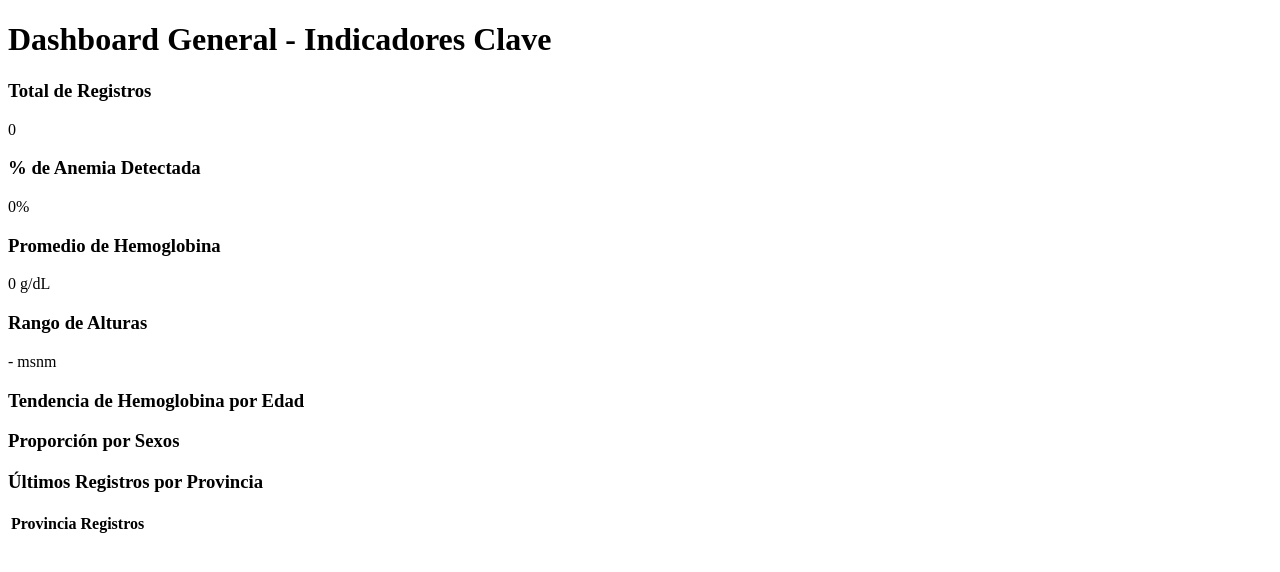
Repository: jayler10/datos_salud_peru
Page: http://localhost/mejorado/views/dashboard.php
The author's editor kept a copy of each file at every save. The page is drawn from the files as they stood at one save, then again after the next save.
The browser window is 1280 px wide. The pictures show the whole page.
The page is run by PHP 8.4 with error messages shown; the project is at /var/www/html/. Queries for data that is not in the repository find no rows.

Above is the page before, as saved 2025-05-27 23:38:19.

### mejorado/views/dashboard.php
<?php
require_once '../controllers/StatsController.php';

// Conexión a la base de datos (ajustar según tu configuración)
$mysql = new mysqli("localhost", "usuario", "password", "base_datos");

if ($mysql->connect_error) {
    die("Error de conexión: " . $mysql->connect_error);
}

$dashboard = new StatsController($mysql);

// Obtener datos para el dashboard
$totalRegistros = $dashboard->getTotalRegistros();
$porcentajeAnemia = $dashboard->getPorcentajeAnemia();
$promedioHemoglobina = $dashboard->getPromedioHemoglobina();
$rangoAlturas = $dashboard->getRangoAlturas();
$tendenciaHemoglobina = $dashboard->getTendenciaHemoglobinaPorEdad();
$proporcionSexos = $dashboard->getProporcionSexos();
$ultimosRegistros = $dashboard->getUltimosRegistrosPorProvincia();
$relacionAnemia = $dashboard->getRelacionAnemiaHemoglobina();

?>

<!DOCTYPE html>
<html>
<head>
    <title>Dashboard - Análisis de Anemia</title>
</head>
<body>
    <h1>Dashboard General - Indicadores Clave</h1>

    <div class="kpis">
        <div class="kpi-card">
            <h3>Total de Registros</h3>
            <p><?php echo number_format($totalRegistros); ?></p>
        </div>

        <div class="kpi-card">
            <h3>% de Anemia Detectada</h3>
            <p><?php echo $porcentajeAnemia; ?>%</p>
        </div>

        <div class="kpi-card">
            <h3>Promedio de Hemoglobina</h3>
            <p><?php echo $promedioHemoglobina; ?> g/dL</p>
        </div>

        <div class="kpi-card">
            <h3>Rango de Alturas</h3>
            <p><?php echo $rangoAlturas['minimo']; ?> - <?php echo $rangoAlturas['maximo']; ?> msnm</p>
        </div>
    </div>

    <div class="charts">
        <h3>Tendencia de Hemoglobina por Edad</h3>
        <div id="tendenciaChart"></div>

        <h3>Proporción por Sexos</h3>
        <div id="sexosChart"></div>

        <h3>Últimos Registros por Provincia</h3>
        <table>
            <tr><th>Provincia</th><th>Registros</th></tr>
            <?php foreach($ultimosRegistros as $registro): ?>
            <tr>
                <td><?php echo $registro['provincia']; ?></td>
                <td><?php echo $registro['registros']; ?></td>
            </tr>
            <?php endforeach; ?>
        </table>
    </div>

    <script>
        // Datos para gráficos
        const tendenciaData = <?php echo json_encode($tendenciaHemoglobina); ?>;
        const sexosData = <?php echo json_encode($proporcionSexos); ?>;

        // Aquí irían los scripts para generar los gráficos con Chart.js o similar
    </script>
</body>
</html>

### mejorado/controllers/StatsController.php
<?php
// controllers/StatsController.php - Controlador principal para estadísticas

class StatsController {
    private $mysqli;

    public function __construct($mysqli) {
        $this->mysqli = $mysqli;
    }

    /**
     * Obtener total de registros
     */
    public function getTotalRecords() {
        $result = $this->mysqli->query("SELECT COUNT(*) as total FROM datos_salud");
        return $result->fetch_assoc()['total'];
    }

    /**
     * Estadísticas por sexo
     */
    public function getGenderStats() {
        $query = "
            SELECT
                sexo,
                COUNT(*) as cantidad,
                ROUND(COUNT(*) * 100.0 / (SELECT COUNT(*) FROM datos_salud), 2) as porcentaje
            FROM datos_salud
            GROUP BY sexo
            ORDER BY cantidad DESC
        ";
        return $this->mysqli->query($query);
    }

    /**
     * Estadísticas por departamento
     */
    public function getDepartmentStats() {
        $query = "
            SELECT
                departamento,
                COUNT(*) as cantidad,
                ROUND(COUNT(*) * 100.0 / (SELECT COUNT(*) FROM datos_salud), 2) as porcentaje
            FROM datos_salud
            GROUP BY departamento
            ORDER BY cantidad DESC
        ";
        return $this->mysqli->query($query);
    }

     // =============== DASHBOARD GENERAL ===============

    public function getTotalRegistros() {
        $query = "SELECT COUNT(*) as total FROM datos_salud";
        $result = $this->mysqli->query($query);
        return $result->fetch_assoc()['total'];
    }

    public function getPorcentajeAnemia() {
        $query = "SELECT
                    COUNT(*) as total,
                    SUM(CASE WHEN dx_anemia IS NOT NULL AND dx_anemia != '' THEN 1 ELSE 0 END) as con_anemia
                  FROM datos_salud";
        $result = $this->mysqli->query($query);
        $data = $result->fetch_assoc();
        return $data['total'] > 0 ? round(($data['con_anemia'] / $data['total']) * 100, 2) : 0;
    }

    public function getPromedioHemoglobina() {
        $query = "SELECT AVG(hemoglobina) as promedio FROM datos_salud WHERE hemoglobina IS NOT NULL";
        $result = $this->mysqli->query($query);
        return round($result->fetch_assoc()['promedio'], 2);
    }

    public function getRangoAlturas() {
        $query = "SELECT MIN(altura_msnm) as minimo, MAX(altura_msnm) as maximo FROM datos_salud WHERE altura_msnm IS NOT NULL";
        $result = $this->mysqli->query($query);
        return $result->fetch_assoc();
    }

    public function getTendenciaHemoglobinaPorEdad() {
        $query = "SELECT
                    YEAR(CURDATE()) - YEAR(fecha_nacimiento) as edad,
                    AVG(hemoglobina) as promedio_hb
                  FROM datos_salud
                  WHERE fecha_nacimiento IS NOT NULL AND hemoglobina IS NOT NULL
                  GROUP BY YEAR(CURDATE()) - YEAR(fecha_nacimiento)
                  ORDER BY edad";
        $result = $this->mysqli->query($query);
        return $result->fetch_all(MYSQLI_ASSOC);
    }

    public function getProporcionSexos() {
        $query = "SELECT sexo, COUNT(*) as cantidad FROM datos_salud GROUP BY sexo";
        $result = $this->mysqli->query($query);
        return $result->fetch_all(MYSQLI_ASSOC);
    }

    public function getUltimosRegistrosPorProvincia() {
        $query = "SELECT provincia, COUNT(*) as registros FROM datos_salud GROUP BY provincia ORDER BY registros DESC LIMIT 10";
        $result = $this->mysqli->query($query);
        return $result->fetch_all(MYSQLI_ASSOC);
    }

    public function getRelacionAnemiaHemoglobina() {
        $query = "SELECT
                    CASE
                        WHEN hemoglobina >= 12 THEN 'Normal'
                        WHEN hemoglobina >= 11 THEN 'Leve'
                        WHEN hemoglobina >= 8 THEN 'Moderada'
                        ELSE 'Severa'
                    END as rango_hb,
                    COUNT(*) as cantidad,
                    AVG(hemoglobina) as promedio_hb
                  FROM datos_salud
                  WHERE hemoglobina IS NOT NULL
                  GROUP BY rango_hb";
        $result = $this->mysqli->query($query);
        return $result->fetch_all(MYSQLI_ASSOC);
    }









     // =============== DEMOGRAFÍA ===============

    public function getPersonasPorSexo() {
        $query = "SELECT sexo, COUNT(*) as cantidad FROM datos_salud GROUP BY sexo";
        $result = $this->mysqli->query($query);
        return $result->fetch_all(MYSQLI_ASSOC);
    }

    public function getHemoglobinaPorSexo() {
        $query = "SELECT sexo, hemoglobina FROM datos_salud WHERE hemoglobina IS NOT NULL ORDER BY sexo, hemoglobina";
        $result = $this->mysqli->query($query);
        return $result->fetch_all(MYSQLI_ASSOC);
    }

    public function getEdadVsHemoglobina() {
        $query = "SELECT
                    YEAR(CURDATE()) - YEAR(fecha_nacimiento) as edad,
                    hemoglobina,
                    sexo
                  FROM datos_salud
                  WHERE fecha_nacimiento IS NOT NULL AND hemoglobina IS NOT NULL";
        $result = $this->mysqli->query($query);
        return $result->fetch_all(MYSQLI_ASSOC);
    }

    public function getPorcentajeAnemiaPorSexo() {
        $query = "SELECT
                    sexo,
                    COUNT(*) as total,
                    SUM(CASE WHEN dx_anemia IS NOT NULL AND dx_anemia != '' THEN 1 ELSE 0 END) as con_anemia
                  FROM datos_salud
                  GROUP BY sexo";
        $result = $this->mysqli->query($query);
        $data = $result->fetch_all(MYSQLI_ASSOC);

        foreach($data as &$row) {
            $row['porcentaje_anemia'] = $row['total'] > 0 ? round(($row['con_anemia'] / $row['total']) * 100, 2) : 0;
        }

        return $data;
    }



    /**
     * Top provincias
     */
    public function getTopProvinces($limit = 10) {
        $query = "
            SELECT
                provincia,
                COUNT(*) as cantidad,
                ROUND(COUNT(*) * 100.0 / (SELECT COUNT(*) FROM datos_salud), 2) as porcentaje
            FROM datos_salud
            GROUP BY provincia
            ORDER BY cantidad DESC
            LIMIT ?
        ";
        $stmt = $this->mysqli->prepare($query);
        $stmt->bind_param('i', $limit);
        $stmt->execute();
        return $stmt->get_result();
    }

    /**
     * Top distritos
     */
    public function getTopDistricts($limit = 15) {
        $query = "
            SELECT
                distrito,
                COUNT(*) as cantidad,
                ROUND(COUNT(*) * 100.0 / (SELECT COUNT(*) FROM datos_salud), 2) as porcentaje
            FROM datos_salud
            WHERE distrito != '' AND distrito IS NOT NULL
            GROUP BY distrito
            ORDER BY cantidad DESC
            LIMIT ?
        ";
        $stmt = $this->mysqli->prepare($query);
        $stmt->bind_param('i', $limit);
        $stmt->execute();
        return $stmt->get_result();
    }

    /**
     * Estadísticas de anemia
     */
    public function getAnemiaStats() {
        $query = "
            SELECT
                dx_anemia,
                COUNT(*) as cantidad,
                ROUND(COUNT(*) * 100.0 / (SELECT COUNT(*) FROM datos_salud), 2) as porcentaje
            FROM datos_salud
            WHERE dx_anemia != '' AND dx_anemia IS NOT NULL
            GROUP BY dx_anemia
            ORDER BY cantidad DESC
        ";
        return $this->mysqli->query($query);
    }

    /**
     * Estadísticas de hemoglobina
     */
    public function getHemoglobinStats() {
        $query = "
            SELECT
                MIN(hemoglobina) as hb_min,
                MAX(hemoglobina) as hb_max,
                AVG(hemoglobina) as hb_promedio,
                VARIANCE(hemoglobina) as hb_varianza,
                STDDEV(hemoglobina) as hb_desviacion_tipica,
                COUNT(hemoglobina) as total_con_hb
            FROM datos_salud
            WHERE hemoglobina IS NOT NULL AND hemoglobina > 0
        ";
        return $this->mysqli->query($query)->fetch_assoc();
    }

    /**
     * Estadísticas de altura
     */
    public function getAltitudeStats() {
        $query = "
            SELECT
                MIN(altura_msnm) as alt_min,
                MAX(altura_msnm) as alt_max,
                AVG(altura_msnm) as alt_promedio,
                VARIANCE(altura_msnm) as alt_varianza,
                STDDEV(altura_msnm) as alt_desviacion_tipica,
                COUNT(altura_msnm) as total_con_altura
            FROM datos_salud
            WHERE altura_msnm IS NOT NULL AND altura_msnm > 0
        ";
        return $this->mysqli->query($query)->fetch_assoc();
    }

    /**
     * Estadísticas de edad
     */
    public function getAgeStats() {
        $query = "
            SELECT
                MIN(TIMESTAMPDIFF(YEAR, fecha_nacimiento, CURDATE())) as edad_min,
                MAX(TIMESTAMPDIFF(YEAR, fecha_nacimiento, CURDATE())) as edad_max,
                AVG(TIMESTAMPDIFF(YEAR, fecha_nacimiento, CURDATE())) as edad_promedio,
                VARIANCE(TIMESTAMPDIFF(YEAR, fecha_nacimiento, CURDATE())) as edad_varianza,
                STDDEV(TIMESTAMPDIFF(YEAR, fecha_nacimiento, CURDATE())) as edad_desviacion_tipica,
                COUNT(*) as total_con_fecha
            FROM datos_salud
            WHERE fecha_nacimiento IS NOT NULL
        ";
        return $this->mysqli->query($query)->fetch_assoc();
    }

    /**
     * Rangos de hemoglobina
     */
    public function getHemoglobinRanges() {
        $query = "
            SELECT
                CASE
                    WHEN hemoglobina < 7 THEN 'Muy Baja (< 7.0)'
                    WHEN hemoglobina >= 7 AND hemoglobina < 10 THEN 'Baja (7.0 - 9.9)'
                    WHEN hemoglobina >= 10 AND hemoglobina < 12 THEN 'Normal Baja (10.0 - 11.9)'
                    WHEN hemoglobina >= 12 AND hemoglobina < 15 THEN 'Normal (12.0 - 14.9)'
                    WHEN hemoglobina >= 15 THEN 'Alta (≥ 15.0)'
                    ELSE 'No Clasificado'
                END as rango_hb,
                COUNT(*) as cantidad,
                ROUND(COUNT(*) * 100.0 / (SELECT COUNT(*) FROM datos_salud WHERE hemoglobina IS NOT NULL), 2) as porcentaje
            FROM datos_salud
            WHERE hemoglobina IS NOT NULL
            GROUP BY rango_hb
            ORDER BY
                CASE
                    WHEN rango_hb = 'Muy Baja (< 7.0)' THEN 1
                    WHEN rango_hb = 'Baja (7.0 - 9.9)' THEN 2
                    WHEN rango_hb = 'Normal Baja (10.0 - 11.9)' THEN 3
                    WHEN rango_hb = 'Normal (12.0 - 14.9)' THEN 4
                    WHEN rango_hb = 'Alta (≥ 15.0)' THEN 5
                    ELSE 6
                END
        ";
        return $this->mysqli->query($query);
    }

    /**
     * Rangos de altitud
     */
    public function getAltitudeRanges() {
        $query = "
            SELECT
                CASE
                    WHEN altura_msnm < 1000 THEN 'Costa (< 1000m)'
                    WHEN altura_msnm >= 1000 AND altura_msnm < 2500 THEN 'Yunga (1000-2499m)'
                    WHEN altura_msnm >= 2500 AND altura_msnm < 3500 THEN 'Quechua (2500-3499m)'
                    WHEN altura_msnm >= 3500 AND altura_msnm < 4000 THEN 'Suni (3500-3999m)'
                    WHEN altura_msnm >= 4000 AND altura_msnm < 4800 THEN 'Puna (4000-4799m)'
                    WHEN altura_msnm >= 4800 THEN 'Janca (≥ 4800m)'
                    ELSE 'No Clasificado'
                END as rango_altura,
                COUNT(*) as cantidad,
                ROUND(COUNT(*) * 100.0 / (SELECT COUNT(*) FROM datos_salud WHERE altura_msnm IS NOT NULL), 2) as porcentaje
            FROM datos_salud
            WHERE altura_msnm IS NOT NULL
            GROUP BY rango_altura
            ORDER BY
                CASE
                    WHEN rango_altura = 'Costa (< 1000m)' THEN 1
                    WHEN rango_altura = 'Yunga (1000-2499m)' THEN 2
                    WHEN rango_altura = 'Quechua (2500-3499m)' THEN 3
                    WHEN rango_altura = 'Suni (3500-3999m)' THEN 4
                    WHEN rango_altura = 'Puna (4000-4799m)' THEN 5
                    WHEN rango_altura = 'Janca (≥ 4800m)' THEN 6
                    ELSE 7
                END
        ";
        return $this->mysqli->query($query);
    }

    /**
     * Top establecimientos
     */
    public function getTopEstablishments($limit = 10) {
        $query = "
            SELECT
                establecimiento,
                COUNT(*) as cantidad,
                ROUND(COUNT(*) * 100.0 / (SELECT COUNT(*) FROM datos_salud), 2) as porcentaje
            FROM datos_salud
            WHERE establecimiento != '' AND establecimiento IS NOT NULL
            GROUP BY establecimiento
            ORDER BY cantidad DESC
            LIMIT ?
        ";
        $stmt = $this->mysqli->prepare($query);
        $stmt->bind_param('i', $limit);
        $stmt->execute();
        return $stmt->get_result();
    }

    /**
     * Obtener resumen general para dashboard
     */
    public function getDashboardSummary() {
        $summary = [];

        // Total de registros
        $summary['total_records'] = $this->getTotalRecords();

        // Distribución por sexo
        $genderResult = $this->getGenderStats();
        $summary['gender'] = [];
        while($row = $genderResult->fetch_assoc()) {
            $summary['gender'][] = $row;
        }

        // Estadísticas de hemoglobina
        $summary['hemoglobin'] = $this->getHemoglobinStats();

        // Estadísticas de anemia (solo las principales)
        $anemiaResult = $this->getAnemiaStats();
        $summary['anemia'] = [];
        $count = 0;
        while($row = $anemiaResult->fetch_assoc() && $count < 5) {
            $summary['anemia'][] = $row;
            $count++;
        }

        return $summary;
    }
}
?>

After the next save:
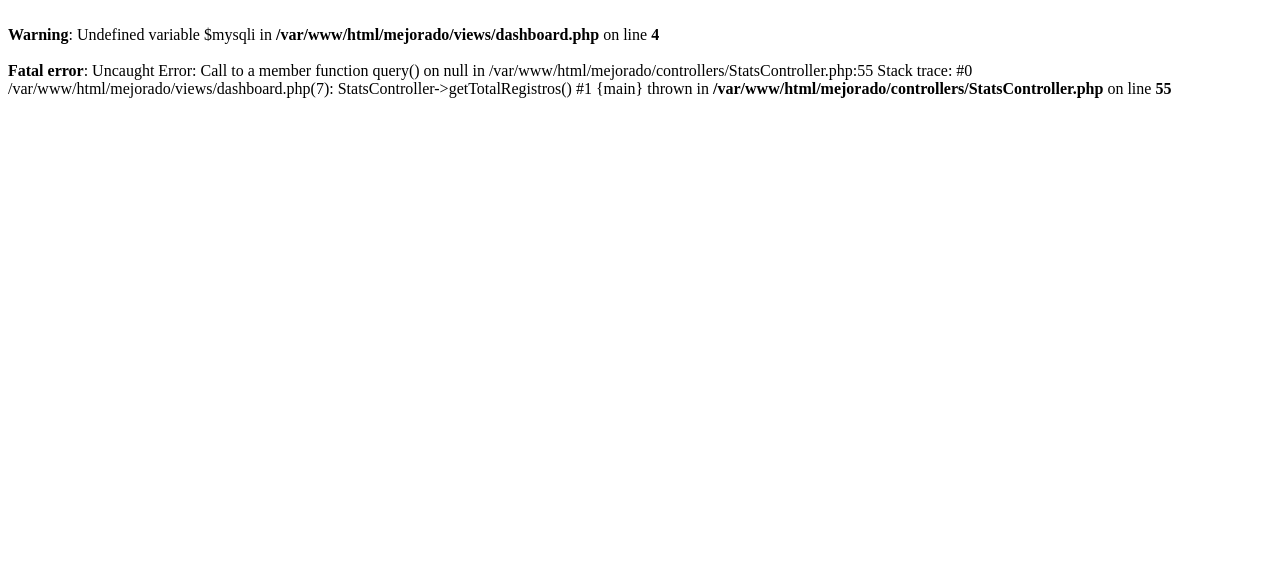
Saved 21 s later.
--- a/mejorado/views/dashboard.php
+++ b/mejorado/views/dashboard.php
@@ -1,14 +1,7 @@
 <?php
 require_once '../controllers/StatsController.php';
 
-// Conexión a la base de datos (ajustar según tu configuración)
-$mysql = new mysqli("localhost", "usuario", "password", "base_datos");
-
-if ($mysql->connect_error) {
-    die("Error de conexión: " . $mysql->connect_error);
-}
-
-$dashboard = new StatsController($mysql);
+$dashboard = new StatsController($mysqli);
 
 // Obtener datos para el dashboard
 $totalRegistros = $dashboard->getTotalRegistros();
